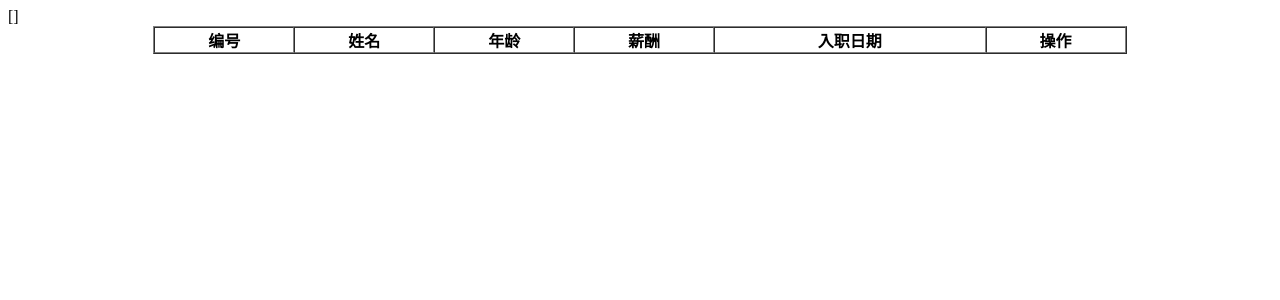
Repository: qyl1006/JavaApps
Page: http://localhost/web-045-tomcat-crud/student
An editor plug-in stored every save of this project. The page is shown before and after the next save, followed by the edit.
The browser window is 1280 px wide. The pictures show the whole page.
The page is served by Tomcat 9. Other server files are loaded and not shown. Queries for data that is not in the repository find no rows.

Above is the page before, as saved 2018-03-05 06:54:56.

### workspace/web-045-tomcat-crud/webapp/WEB-INF/views/student/list.jsp
<%@ page language="java" contentType="text/html; charset=UTF-8"
    pageEncoding="UTF-8"%>
<!DOCTYPE html PUBLIC "-//W3C//DTD HTML 4.01 Transitional//EN" "http://www.w3.org/TR/html4/loose.dtd">

<%@ taglib prefix="c" uri="http://java.sun.com/jsp/jstl/core" %>
<html>
<head>
<meta http-equiv="Content-Type" content="text/html; charset=UTF-8">
<title>Insert title here</title>
</head>
<body>

${students}<br>

<table align="center" border="1" cellpadding="0" cellspacing="0" width="77%">
	<tr>
		<th>编号</th>
		<th>姓名</th>
		<th>年龄</th>
		<th>薪酬</th>
		<th>入职日期</th>
		<th>操作</th>
	</tr>

<c:forEach items="${students}" var="stu">
	<tr align="center">
		<td>${stu.id}</td>
		<td>${stu.name}</td>
		<td>${stu.age}</td>
		<td>${stu.salary}</td>
		<td>${stu.hiredate}</td>
		<td>
			<a>编辑</a>
			<a href="#">删除</a>
		</td>
	</tr>
</c:forEach>
</table>
</body>
</html>

### workspace/web-045-tomcat-crud/src/cn/wolfcode/web/servlet/StudentServlet.java
package cn.wolfcode.web.servlet;

import java.io.IOException;
import java.util.List;

import javax.servlet.ServletException;
import javax.servlet.annotation.WebServlet;
import javax.servlet.http.HttpServlet;
import javax.servlet.http.HttpServletRequest;
import javax.servlet.http.HttpServletResponse;

import cn.wolfcode.smis.dao.IStudentDAO;
import cn.wolfcode.smis.dao.impl.StudentDAOImpl;
import cn.wolfcode.smis.domain.Student;

@WebServlet("/student")
public class StudentServlet extends HttpServlet {
	private static final long serialVersionUID = 1L;

	private IStudentDAO dao;

	public void init() throws ServletException {
		dao = new StudentDAOImpl();
	}

	protected void service(HttpServletRequest req, HttpServletResponse resp)
			throws ServletException, IOException {

		req.setCharacterEncoding("utf-8");

		String cmd = req.getParameter("cmd");
		if("delete".equals(cmd)){
			//TODO
		}
		else{
			list(req, resp);
		}
	}

	protected void list(HttpServletRequest req, HttpServletResponse resp)
			throws ServletException, IOException {

			List<Student> list = dao.list();
			req.setAttribute("students", list);
			req.getRequestDispatcher("/WEB-INF/views/student/list.jsp").forward(req, resp);
	}

	protected void delete(HttpServletRequest req, HttpServletResponse resp)
			throws ServletException, IOException {
	}
	protected void edit(HttpServletRequest req, HttpServletResponse resp)
			throws ServletException, IOException {
	}
	protected void saveOrUpdate(HttpServletRequest req, HttpServletResponse resp)
			throws ServletException, IOException {
	}

}

### workspace/web-045-tomcat-crud/src/cn/wolfcode/smis/dao/impl/StudentDAOImpl.java
package cn.wolfcode.smis.dao.impl;

import java.util.List;

import cn.wolfcode.smis.dao.IStudentDAO;
import cn.wolfcode.smis.domain.Student;
import cn.wolfcode.smis.handler.impl.BeanListHandler;
import cn.wolfcode.smis.util.JdbcTemplate;

public class StudentDAOImpl implements IStudentDAO {

	//增
	public void save(Student stu) {
		String sql = "insert t_student (name, age, salary, hiredate) values (?, ?, ?, ?)";
		JdbcTemplate.update(sql, stu.getName(), stu.getAge(), stu.getSalary(), stu.getHiredate());
	}

	//改
	public void update(Student stu) {
		String sql = "update t_student set name = ?, age = ?, salary = ?, hiredate = ? where id = ?";
		JdbcTemplate.update(sql, stu.getName(), stu.getAge(), stu.getSalary(), stu.getHiredate(), stu.getId());
	}

	//删
	public void delete(Long id) {
		String sql = "delete from t_student where id = ?";
		JdbcTemplate.update(sql, id);
	}

	//查
	public Student get(Long id) {
		String sql = "select * from t_student where id = ?";
		List<Student> list = JdbcTemplate.query(sql, new BeanListHandler<>(Student.class), id);
		return list.size() == 1 ? list.get(0) : null;
	}

	//查
	public List<Student> list() {
		String sql = "select * from t_student";
		return JdbcTemplate.query(sql, new BeanListHandler<>(Student.class));
	}

}

### workspace/web-045-tomcat-crud/src/cn/wolfcode/smis/handler/IResultSetHandler.java
package cn.wolfcode.smis.handler;

import java.sql.ResultSet;

/**
 * 处理结果集的规范
 * @author Qyuelin
 *
 * @param <T> 处理好的结果类型
 */
public interface IResultSetHandler<T> {
	/**
	 * 处理结果集的方法
	 * @param rs 被处理的结果集
	 * @return 返回处理好的结果
	 * @throws Exception
	 */
	T handler(ResultSet rs) throws Exception;
}

### workspace/web-045-tomcat-crud/src/cn/wolfcode/smis/handler/impl/BeanListHandler.java
package cn.wolfcode.smis.handler.impl;

import java.beans.Introspector;
import java.beans.PropertyDescriptor;
import java.sql.ResultSet;
import java.util.ArrayList;
import java.util.List;

import cn.wolfcode.smis.handler.IResultSetHandler;

/*
//处理结果集接口的实现类
 *
 * *把每一行数据处理成一个JavaBean, 最后以List形式返回多个JavaBean
 * 泛型T表示用户来决定每一行数据处理处理成什么类型的JavaBean
 */
public class BeanListHandler <T> implements IResultSetHandler<List<T>> {
	//JavaBean类型
	private Class<T> clz;

	//给调用者调用时来确定JavaBean类型-->处理结果集后的数据类型
	public BeanListHandler(Class<T> clz){
		this.clz = clz;
	}

	public List<T> handler(ResultSet rs) throws Exception {
		List<T> list = new ArrayList<>();

		PropertyDescriptor[] pds = null;

		while(rs.next()){
			if(pds == null){
				pds = Introspector.getBeanInfo(clz, Object.class).getPropertyDescriptors();
			}

			T obj = clz.newInstance();

			//循环操作每一个属性
			for (PropertyDescriptor pd : pds) {
				String columnLabel = pd.getName(); //获取属性名作为列名
				Object args = rs.getObject(columnLabel); //通过列名来获取值
				pd.getWriteMethod().invoke(obj, args);//获取写的方法,在调用方法 把 值args 写入对象中
			}
			list.add(obj);// 把封装好的对象保存到list中, 最后返回
		}
		return list;
	}
}

### workspace/web-045-tomcat-crud/src/cn/wolfcode/smis/domain/Student.java
package cn.wolfcode.smis.domain;

import java.math.BigDecimal;
import java.sql.Date;

import lombok.AllArgsConstructor;
import lombok.Getter;
import lombok.NoArgsConstructor;
import lombok.Setter;
import lombok.ToString;

@Setter @Getter @ToString @NoArgsConstructor @AllArgsConstructor
public class Student {
	private Long id;
	private String name;
	private Integer age;
	private BigDecimal salary;
	private Date hiredate;

}

### workspace/web-045-tomcat-crud/src/cn/wolfcode/smis/util/JdbcTemplate.java
package cn.wolfcode.smis.util;

import java.sql.Connection;
import java.sql.PreparedStatement;
import java.sql.ResultSet;

import cn.wolfcode.smis.handler.IResultSetHandler;
import lombok.Cleanup;

//提供模板功能的工具类
public abstract class JdbcTemplate {
	//DML模板方法
	public static void update(String sql, Object... params) {
		try {
			//获取连接对象
			@Cleanup
			Connection conn = JdbcUtil.getConn();

			//获取会话对象
			@Cleanup
			PreparedStatement ps = conn.prepareStatement(sql);

			//给占位符设置值
			for (int i = 0; i < params.length; i++) {
				ps.setObject(i + 1, params[i]);
			}

			//执行sql语句
			ps.executeUpdate(); //不需要参数
		} catch (Exception e) {
			e.printStackTrace();
		}
	}

	//DQL模板方法
	public static <T> T query(String sql, IResultSetHandler<T> rsh, Object... params) {
		try {
			//获取连接对象
			@Cleanup
			Connection conn = JdbcUtil.getConn();

			//获取会话对象
			@Cleanup
			PreparedStatement ps = conn.prepareStatement(sql);

			//给占位符设置值
			for (int i = 0; i < params.length; i++) {
				ps.setObject(i + 1, params[i]);
			}

			//执行查询sql语句, 返回一个结果集
			@Cleanup
			ResultSet rs = ps.executeQuery(); //不需要参数

			return rsh.handler(rs);

		} catch (Exception e) {
			e.printStackTrace();
		}

		return null;

	}
}

### workspace/web-045-tomcat-crud/src/cn/wolfcode/smis/util/JdbcUtil.java
package cn.wolfcode.smis.util;

import java.io.InputStream;
import java.sql.Connection;
import java.util.Properties;

import javax.sql.DataSource;

import com.alibaba.druid.pool.DruidDataSourceFactory;

//对外提供连接池对象的工具
public abstract class JdbcUtil {
	private static DataSource ds;

	//静态代码块
	static{
		try {
			//读取属性文件, 获取4要素信息
			ClassLoader loader = JdbcUtil.class.getClassLoader();

			//在输入路径中找db.properties
			InputStream in = loader.getResourceAsStream("db.properties");
			Properties p = new Properties();
			p.load(in);//加载资源

			//使用工厂的方式创建德鲁伊连接池
			ds = DruidDataSourceFactory.createDataSource(p);
		} catch (Exception e) {
			e.printStackTrace();
		}
	}

	//公共静态方法,用于获取连接对象
	public static Connection getConn() throws Exception{
		return ds.getConnection();
	}
}

After the next save:
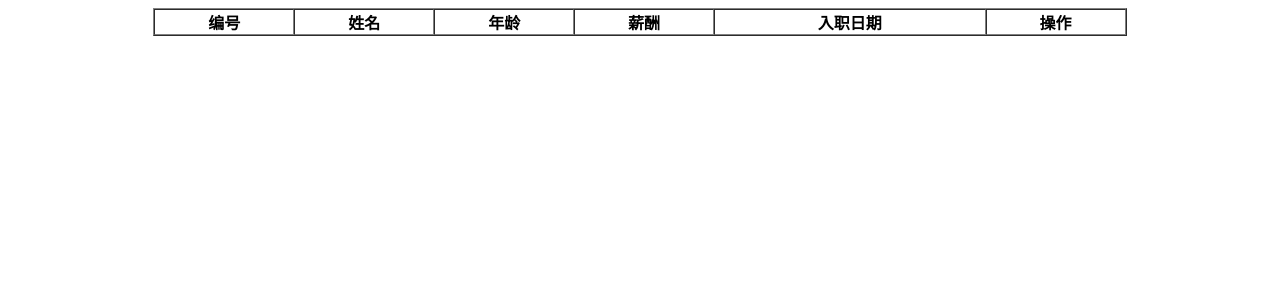
Saved 11 s later.
--- a/workspace/web-045-tomcat-crud/webapp/WEB-INF/views/student/list.jsp
+++ b/workspace/web-045-tomcat-crud/webapp/WEB-INF/views/student/list.jsp
@@ -10,7 +10,6 @@
 </head>
 <body>
 
-${students}<br>
 
 <table align="center" border="1" cellpadding="0" cellspacing="0" width="77%">
 	<tr>
